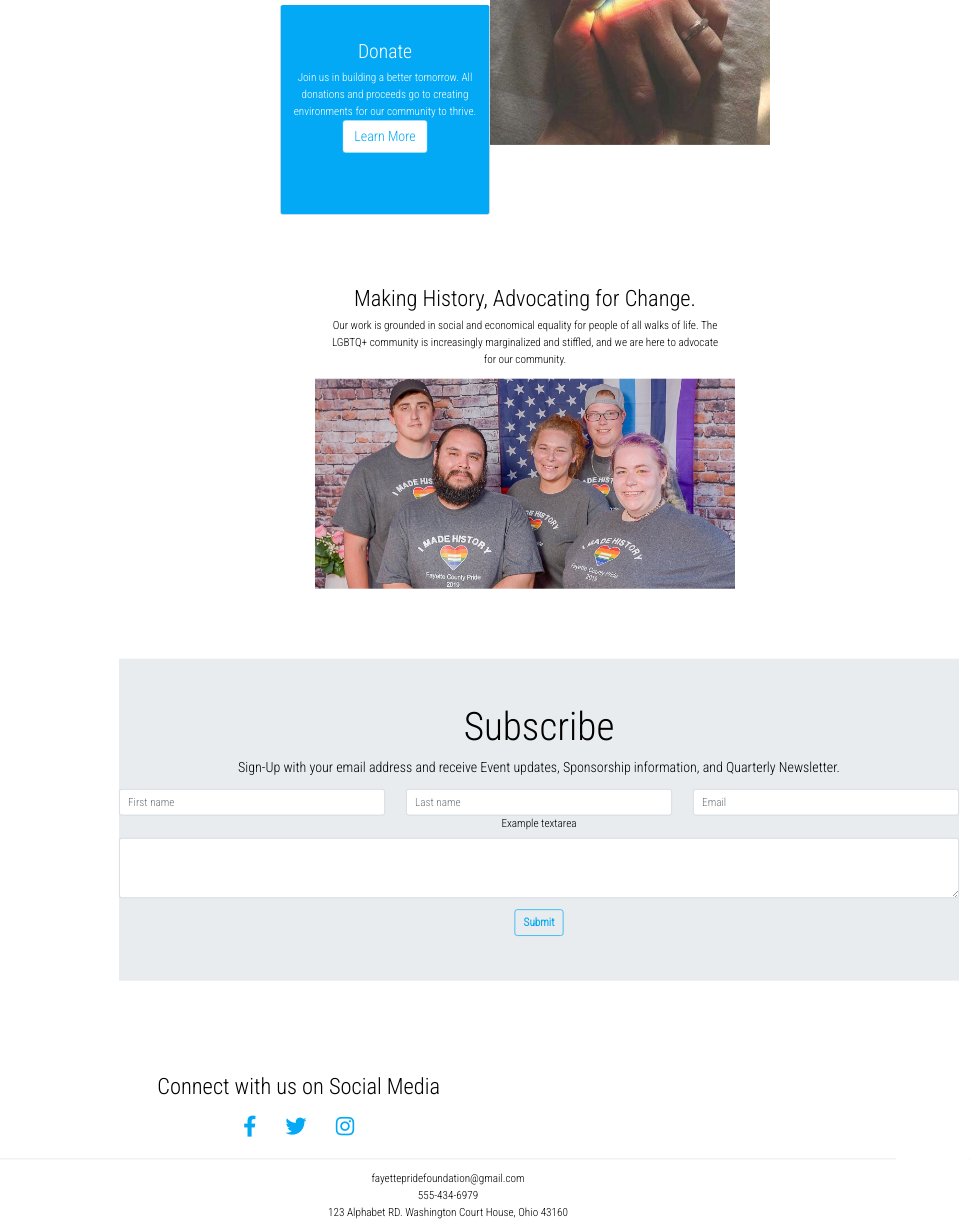
Repository: Code-Institute-Submissions/https-github.com-callendera-Milestone-Project-2
Page: index.html
The author's editor kept a record of every edit. The page is drawn from the files as they stood at one moment, then again after the next edit.
The browser window is 1280 px wide. The page is 1385 px wide, so the pictures cover 1385 px, including what lies to the right of the window. The pictures show the part of the page from y = 2050 to 3810 px (the page is 3810 px tall before and 3778 px after), at 70% of full size.
Backgrounds fixed to the window are drawn as part of the page. Some web libraries are served in a nearby version.

Above is the page before.

After the next edit:
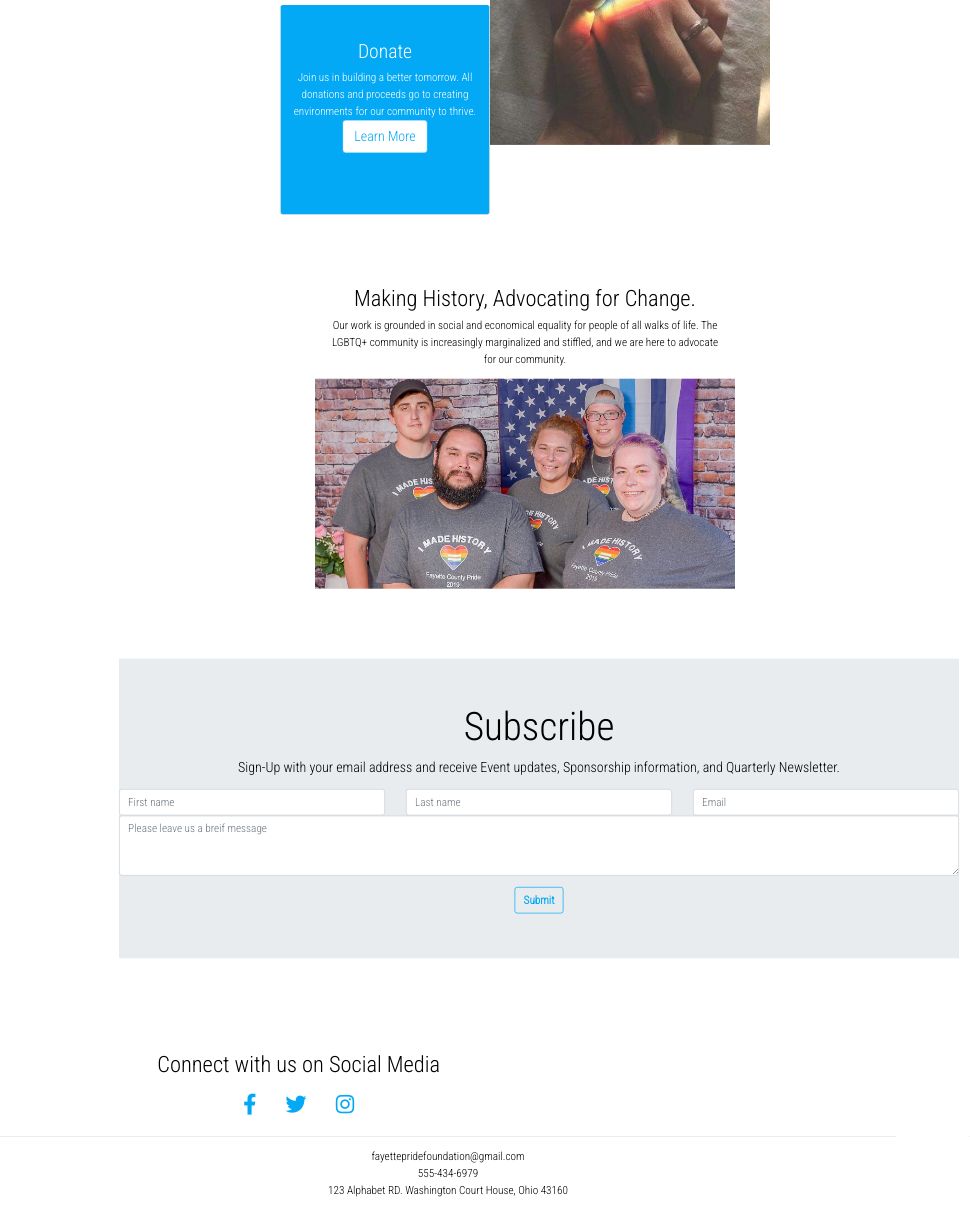
The edit:
--- a/index.html
+++ b/index.html
@@ -141,8 +141,8 @@
                     <input type="email" class="form-control" id="inputEmail3" placeholder="Email">
                 </div>
                 <div class="form-group col-12">
-                    <label for="exampleFormControlTextarea1">Example textarea</label>
-                    <textarea class="form-control" id="exampleFormControlTextarea1" rows="3"></textarea>
+
+                    <textarea class="form-control" id="exampleFormControlTextarea1" placeholder="Please leave us a breif message" rows="3"></textarea>
                 </div>
                 <div class="col-12">
                     <button type="submit" class="btn btn-primary my-btn">Submit</button>
